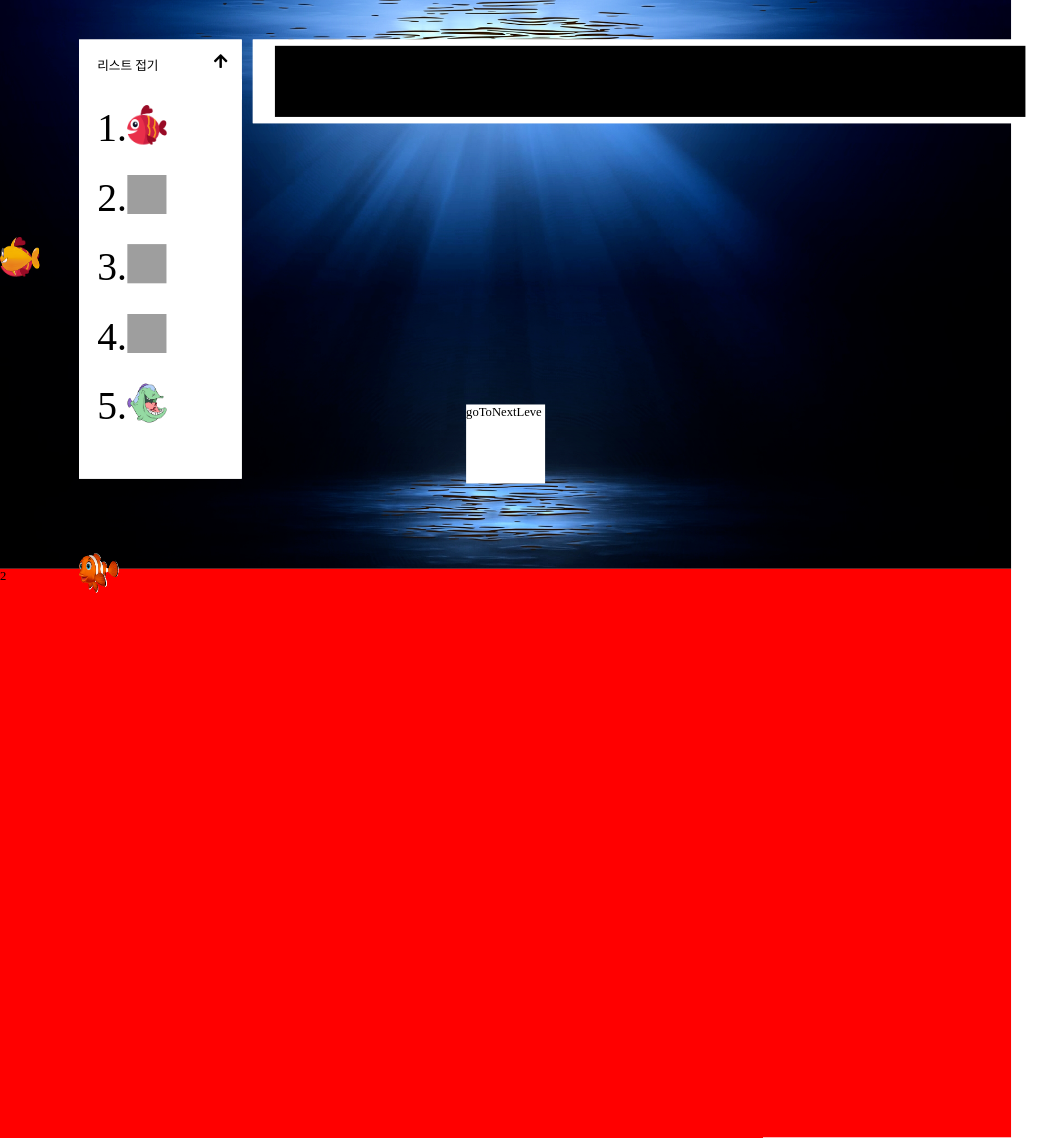
Repository: DevMinwoo-Jung/JavaScript101
Page: WebApIs/myGame/index.html
These files come from the project's save history. The page is drawn as it stood at one moment and after the next save; the edit follows.
The browser window is 1280 px wide. The page is 1326 px wide, so the pictures cover 1326 px, including what lies to the right of the window. The pictures show the whole page, at 79% of full size.
Pictures or frames that could not be fetched are drawn as grey boxes.

Above is the page before, as saved 2021-07-05 14:35:46.

After the next save:
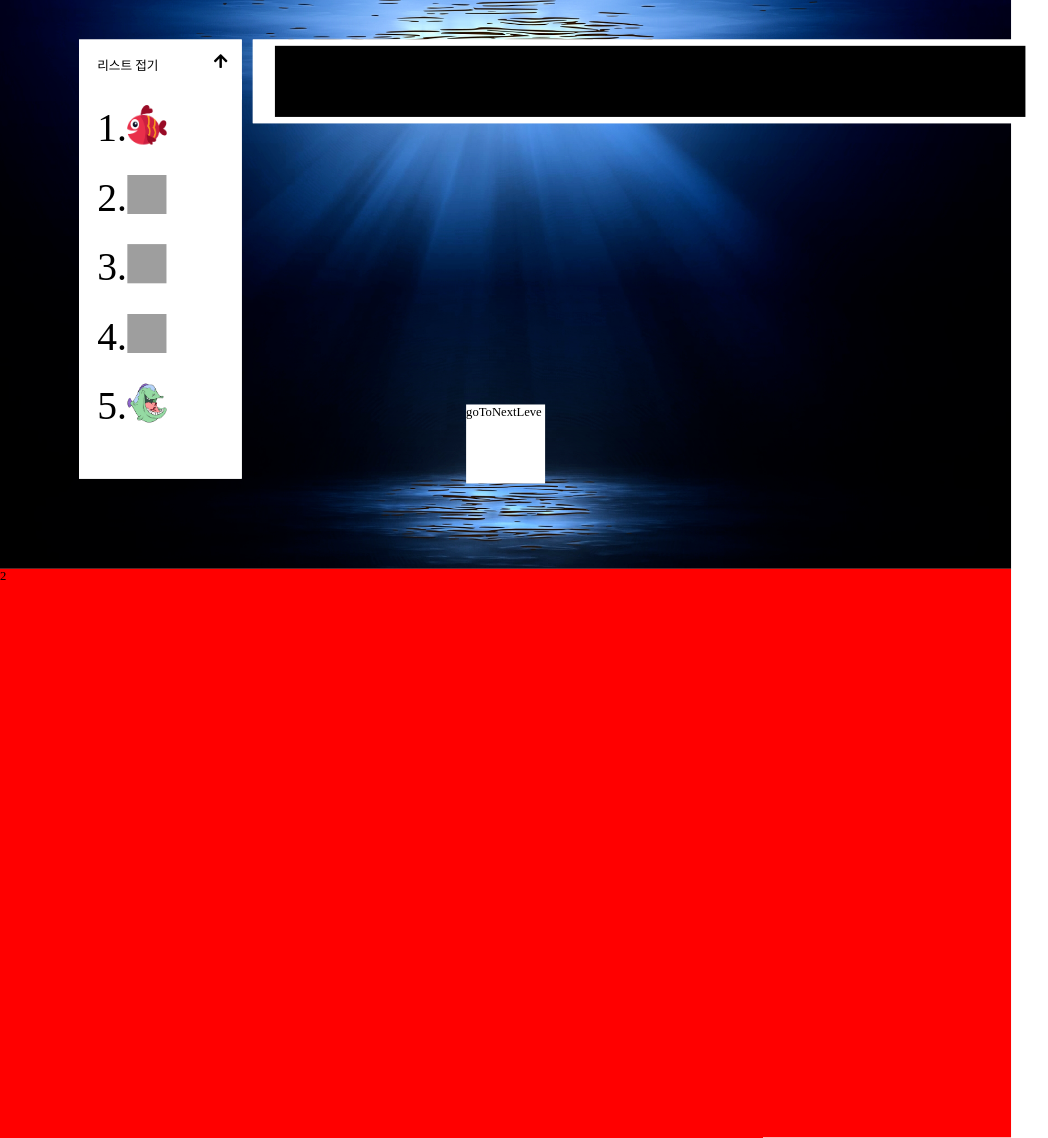
Saved 19 min 6 s later.
--- a/WebApIs/myGame/index.html
+++ b/WebApIs/myGame/index.html
@@ -39,10 +39,7 @@
           <div class="item">5.<img class="fish dirty answer" src="img/dirtyFish.png" alt=""></div>
         </div>
         <div class="game--field">
-          <img class="fish red answer" src="img/redFish.png" alt="">
-          <img class="fish orange2 wrong" src="img/orangeFish2.png" alt="">
-          <img class="fish orangeShark wrong" src="img/orangeShark.png" alt="">
-          <img class="fish orange2 wrong" src="img/orangeFish2.png" alt="">
+
         </div>
         <div class="timer--box">
           <div class="timer--bar"></div>
